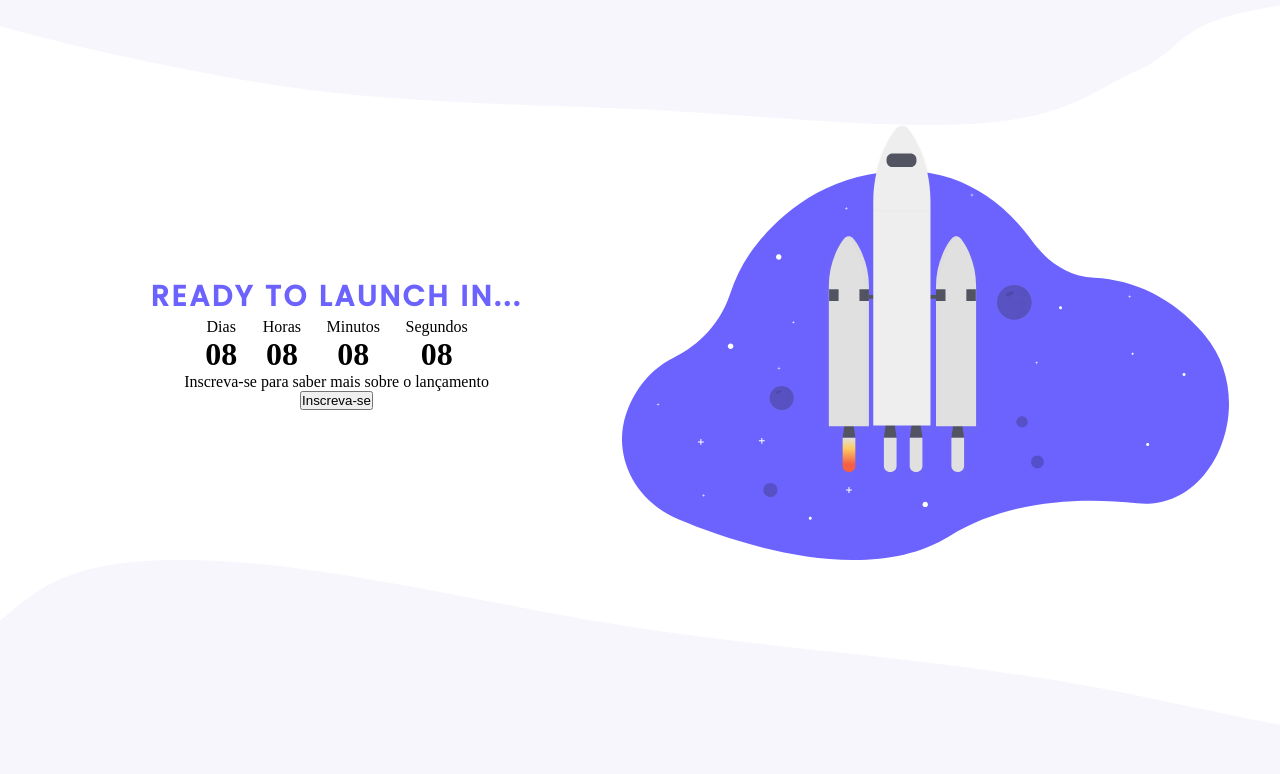
Repository: BrunoBross/countdown
Page: index.html
The author's editor kept a copy of each file at every save. The page is drawn from the files as they stood at one save, then again after the next save.
The browser window is 1280 px wide. The pictures show the whole page.

Above is the page before, as saved 2021-11-30 00:57:33.

After the next save:
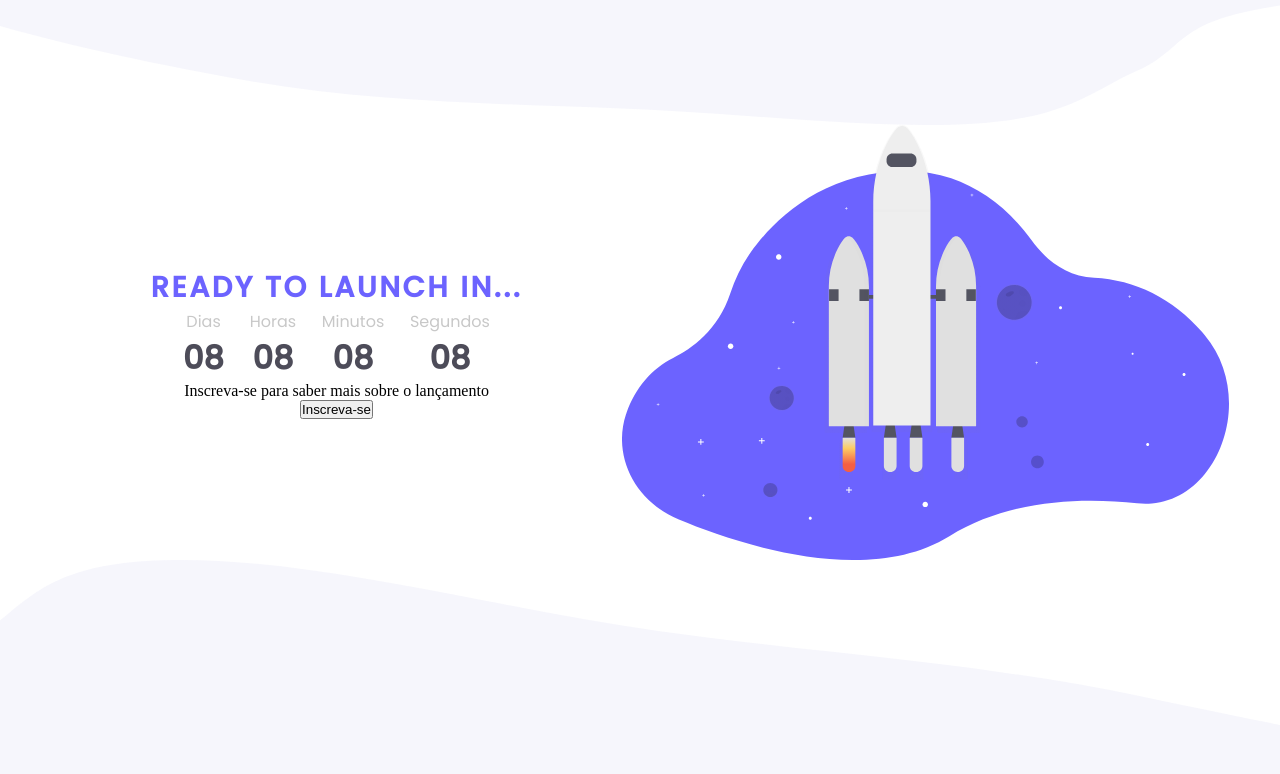
Saved 52 s later.
--- a/style.css
+++ b/style.css
@@ -36,6 +36,16 @@ body{
   align-items: center;
 }
 
+.time > p{
+  font-family: 'Poppins', 'sans-serif';
+  color: #C8C8C8;
+}
+
+.time > h1{
+  font-family: 'Poppins', 'sans-serif';
+  color: #4D4C59;
+}
+
 .content{
   width: 50vw;
   display: flex;
